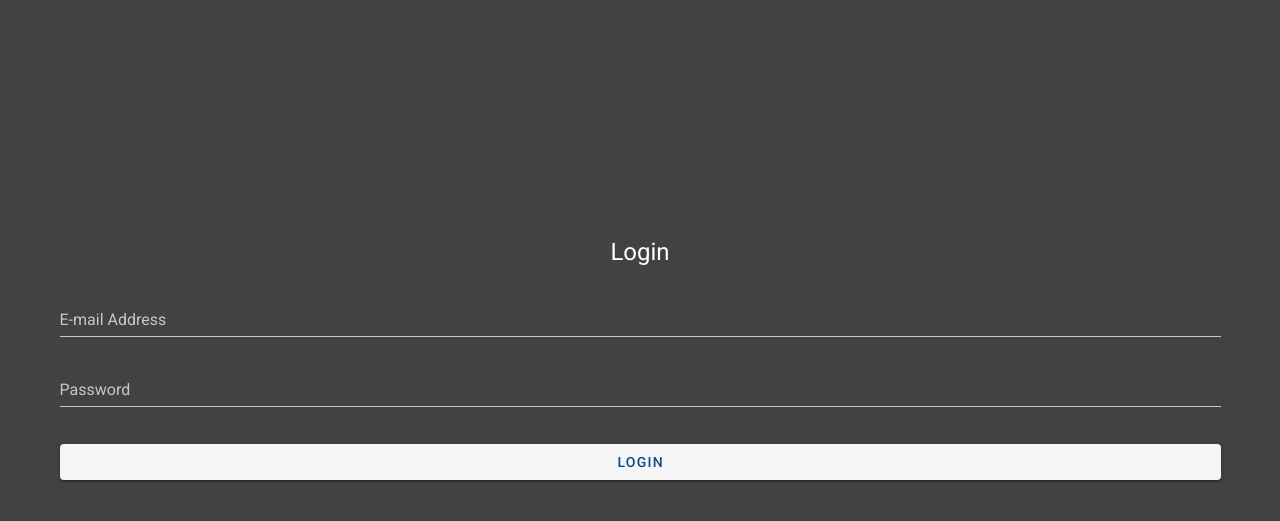
Repository: Grace229/Login
Page: /
The author's editor kept a copy of each file at every save. The page is drawn from the files as they stood at one save, then again after the next save.
The browser window is 1280 px wide. The pictures show the whole page.
The project was rebuilt for these pictures with package versions that can differ from the ones it lists, and the page was loaded fresh each time. Also part of the build but not shown: vue.config.js. Imported but missing from the stored project, and not drawn on this page: src/views/About.vue.

Above is the page before, as saved 2021-02-15 16:36:41.

### src/App.vue
<template>
  <v-app>
    <v-main><router-view></router-view> </v-main>
  </v-app>
</template>

<script>
export default {
  name: "App",

  components: {},

  data: () => ({
    //
  }),
};
</script>

### src/plugins/vuetify.js
import Vue from "vue";
import Vuetify from "vuetify/lib/framework";

Vue.use(Vuetify);

export default new Vuetify({
  theme: {
    options: {
      customProperties: true,
    },
    themes: {
      light: {
        primary: "#084b8c",
        secondary: "#424242",
        accent: "#82B1FF",
        error: "#FF5252",
        info: "#2196F3",
        success: "#4CAF50",
        warning: "#FFC107",
      },
    },
  },
});

### src/views/Home.vue
<template>
  <main
    style="min-height:100vh"
    class="secondary fill-height white--text d-flex flex-column justify-center pa-4"
  >
    <div>
      <header>
        <div class="headline text-center py-2">
          Login
        </div>
      </header>

      <v-container>
        <form v-on:submit.prevent="login()">
          <div>
            <v-text-field
              dark
              label="E-mail Address"
              v-model="email"
              :rules="[rules.required, rules.email]"
            />
          </div>
          <div>
            <v-text-field
              dark
              v-model="password"
              :rules="[rules.required]"
              label="Password"
              :type="showPassword ? 'text' : 'password'"
            >
              <v-btn
                text
                small
                slot="append"
                @click="showPassword = !showPassword"
                class="transparent text-capitalize"
                :append-icon="showPassword ? 'mdi-eye' : 'mdi-eye-off'"
              ></v-btn>
            </v-text-field>
            <div class="pt-4">
              <v-btn block class="primary--text" type="submit">Login</v-btn>
            </div>
          </div>
        </form>
      </v-container>
    </div>
  </main>
</template>

<script>
import axios from "axios";
import router from "../router";
export default {
  data() {
    return {
      email: "",
      password: "",
      FORM: {},
      showPassword: false,
      rules: {
        required: (value) => !!value || "Required.",
        counter: (value) => value.length <= 20 || "Max 20 characters",
        email: (value) => {
          const pattern = /^(([^<>()[\]\\.,;:\s@"]+(\.[^<>()[\]\\.,;:\s@"]+)*)|(".+"))@((\[[0-9]{1,3}\.[0-9]{1,3}\.[0-9]{1,3}\.[0-9]{1,3}])|(([a-zA-Z\-0-9]+\.)+[a-zA-Z]{2,}))$/;
          return pattern.test(value) || "Invalid e-mail.";
        },
      },
    };
  },
  methods: {
    login() {
      axios
        .post("https://login-api-grace.herokuapp.com/api/v1/auth/login", {
          email: this.email,
          password: this.password,
        })
        .then(() => {
          router.push({ name: "Profile" });
        })
        .catch((err) => {
          console.log(err);
        });
    },
  },
};
</script>

Loaded but not shown: public/index.html (common file); src/main.js (common file); src/router/index.js (common file); src/store/index.js (common file)

After the next save:
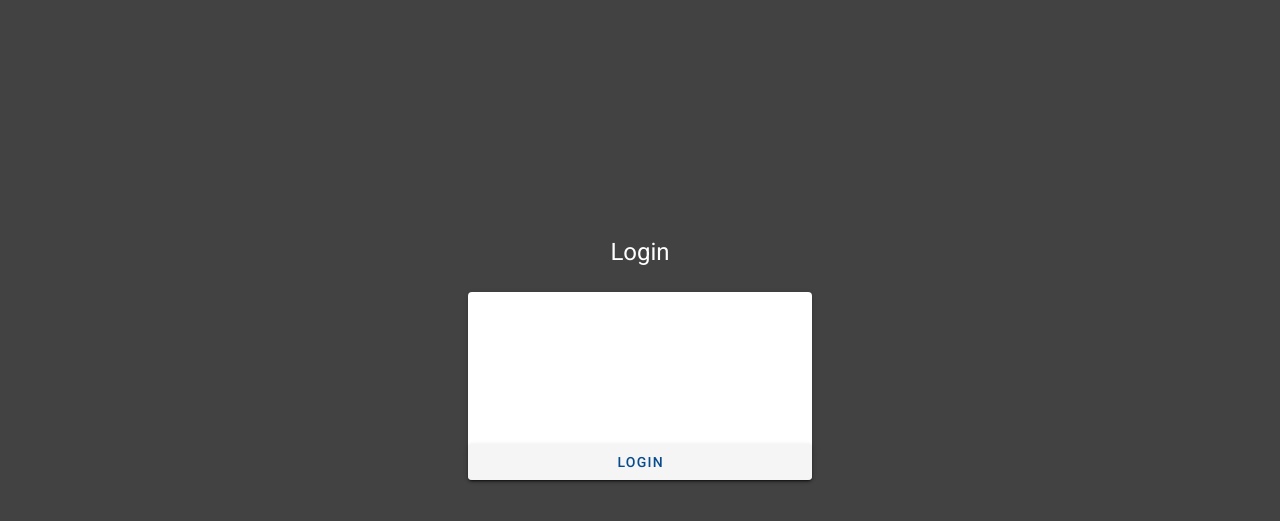
Saved 2 min 17 s later.
--- a/src/views/Home.vue
+++ b/src/views/Home.vue
@@ -11,37 +11,39 @@
       </header>
 
       <v-container>
-        <form v-on:submit.prevent="login()">
-          <div>
-            <v-text-field
-              dark
-              label="E-mail Address"
-              v-model="email"
-              :rules="[rules.required, rules.email]"
-            />
-          </div>
-          <div>
-            <v-text-field
-              dark
-              v-model="password"
-              :rules="[rules.required]"
-              label="Password"
-              :type="showPassword ? 'text' : 'password'"
-            >
-              <v-btn
-                text
-                small
-                slot="append"
-                @click="showPassword = !showPassword"
-                class="transparent text-capitalize"
-                :append-icon="showPassword ? 'mdi-eye' : 'mdi-eye-off'"
-              ></v-btn>
-            </v-text-field>
-            <div class="pt-4">
-              <v-btn block class="primary--text" type="submit">Login</v-btn>
+        <v-card class="mx-auto" max-width="344">
+          <form v-on:submit.prevent="login()">
+            <div>
+              <v-text-field
+                dark
+                label="E-mail Address"
+                v-model="email"
+                :rules="[rules.required, rules.email]"
+              />
             </div>
-          </div>
-        </form>
+            <div>
+              <v-text-field
+                dark
+                v-model="password"
+                :rules="[rules.required]"
+                label="Password"
+                :type="showPassword ? 'text' : 'password'"
+              >
+                <v-btn
+                  text
+                  small
+                  slot="append"
+                  @click="showPassword = !showPassword"
+                  class="transparent text-capitalize"
+                  :append-icon="showPassword ? 'mdi-eye' : 'mdi-eye-off'"
+                ></v-btn>
+              </v-text-field>
+              <div class="pt-4">
+                <v-btn block class="primary--text" type="submit">Login</v-btn>
+              </div>
+            </div>
+          </form>
+        </v-card>
       </v-container>
     </div>
   </main>
